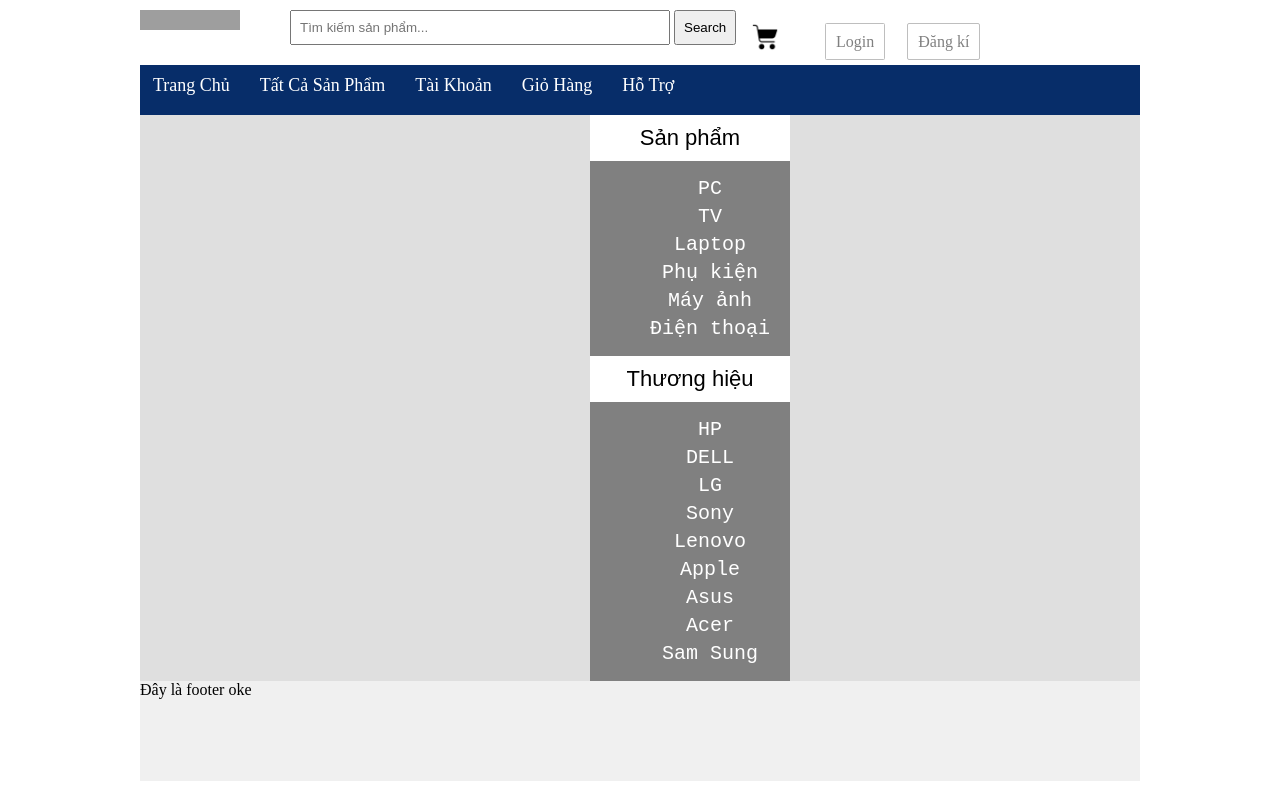
Repository: minhkhuyen1711/hpt
Page: http://localhost/website-ecommerce-php-master/index.php?action=login
An editor plug-in stored every save of this project. The page is shown before and after the next save, followed by the edit.
The browser window is 1280 px wide. The pictures show the whole page.
Pictures or frames that could not be fetched are drawn as grey boxes. The page is run by PHP 8.4 with error messages shown; the project is at /var/www/html/. The database holds what the project's SQL file puts in it.

Above is the page before, as saved 2021-06-12 14:56:20.

After the next save:
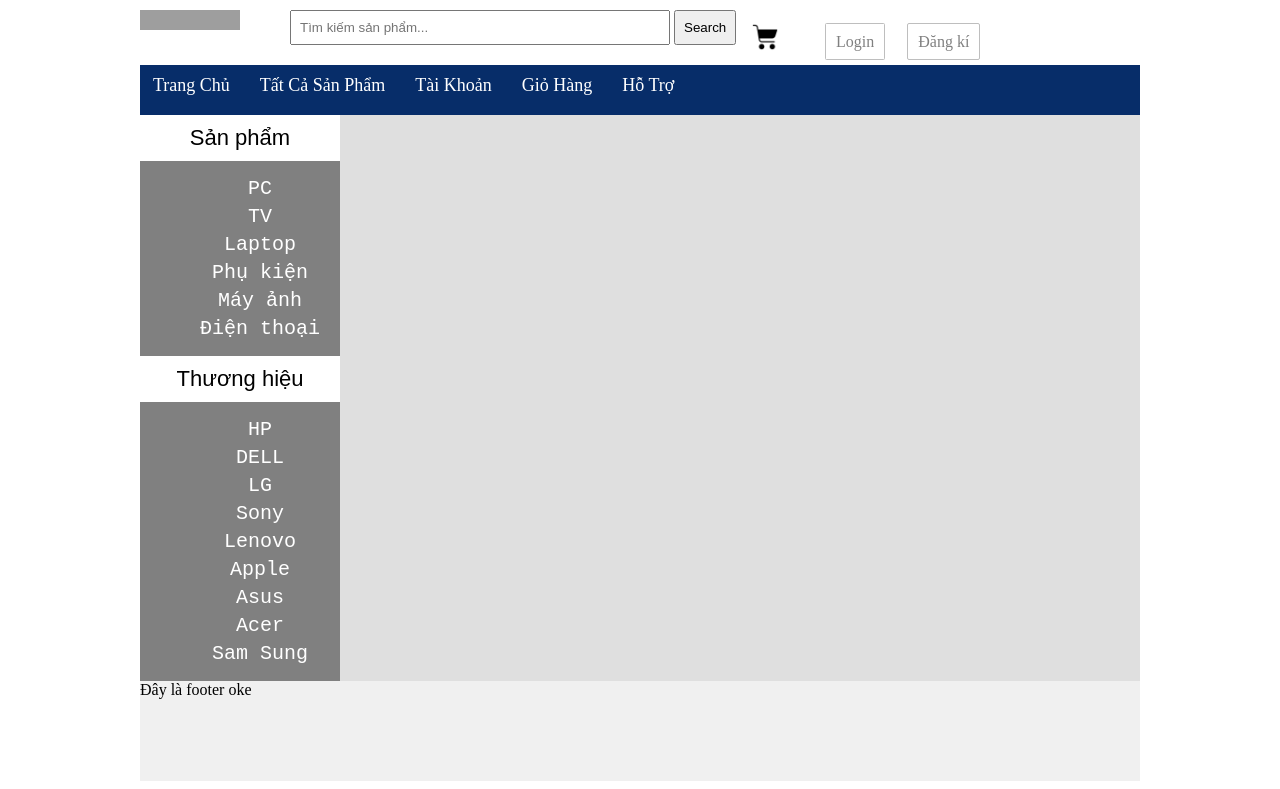
Saved 40 s later.
--- a/index.php
+++ b/index.php
@@ -52,7 +52,9 @@
       </ul>
     </div>
       <div class="content_wrapper">
-        <div id="sidebar">
+
+      </div><!--/.content_wrapper -->
+      <div id="sidebar">
           <div id="sidebar_title">Sản phẩm</div>
           <ul id="cats">
             <?php
@@ -86,7 +88,6 @@
             ?>
           </ul>
         </div>
-      </div><!--/.content_wrapper -->
       <div id="footer">
         Đây là footer oke
       </div>

After the save that followed:
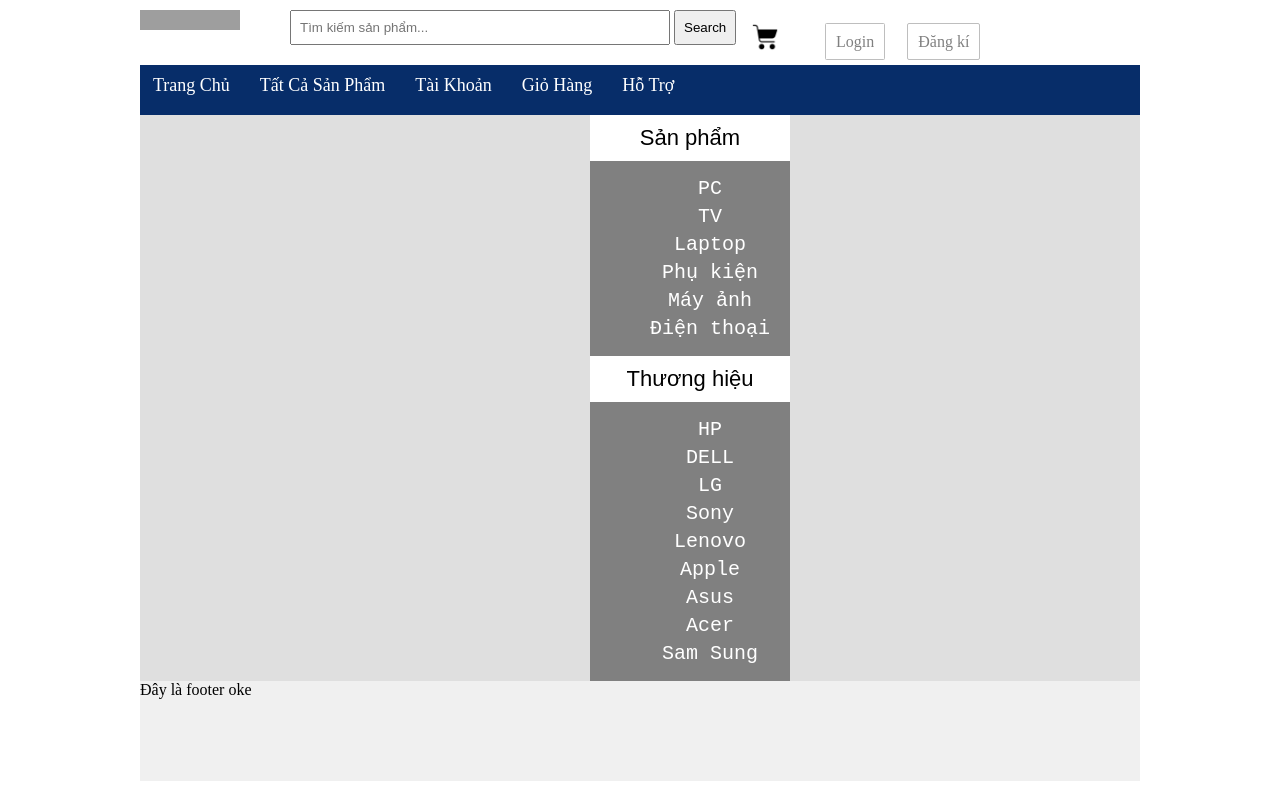
Saved 7 s later.
--- a/index.php
+++ b/index.php
@@ -52,9 +52,7 @@
       </ul>
     </div>
       <div class="content_wrapper">
-
-      </div><!--/.content_wrapper -->
-      <div id="sidebar">
+        <div id="sidebar">
           <div id="sidebar_title">Sản phẩm</div>
           <ul id="cats">
             <?php
@@ -88,6 +86,7 @@
             ?>
           </ul>
         </div>
+      </div><!--/.content_wrapper -->
       <div id="footer">
         Đây là footer oke
       </div>
